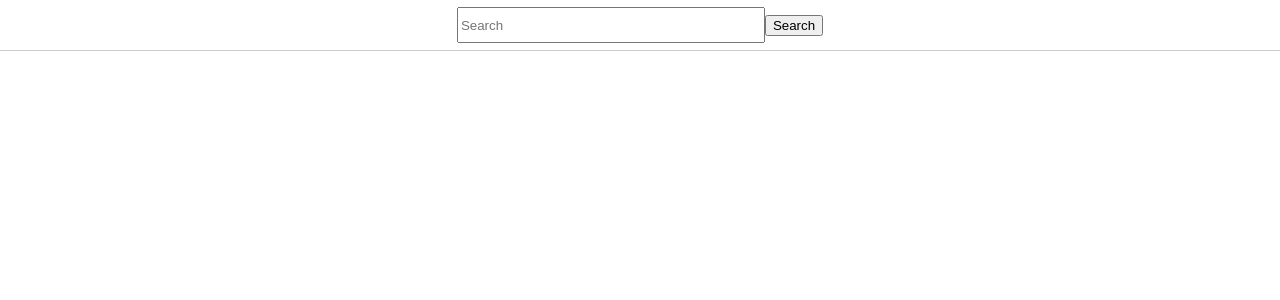
Repository: sevilgenysf/fakeapi
Page: /
These files come from the project's save history. The page is drawn as it stood at one moment and after the next save; the edit follows.
The browser window is 1280 px wide. The pictures show the whole page.
The page's requests for data from a server got no answer. The project was rebuilt for these pictures with package versions that can differ from the ones it lists, and the page was loaded fresh each time. No one was signed in, and anything a server would have sent is missing.

Above is the page before, as saved 2022-02-01 20:51:15.

After the next save:
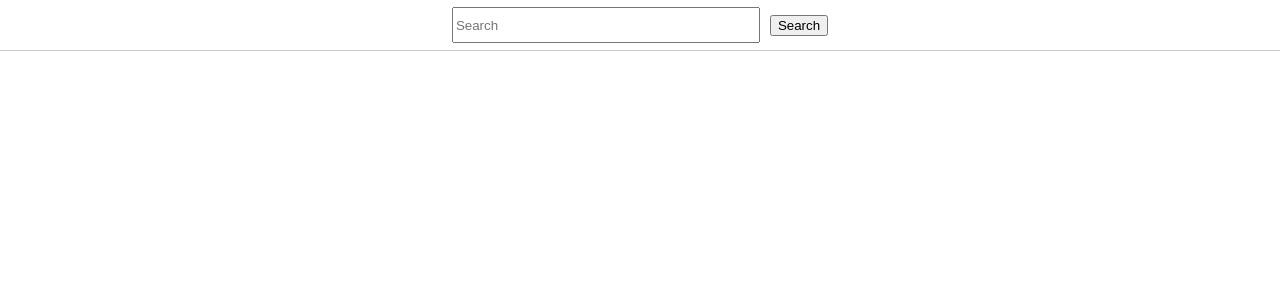
Saved 31 s later.
--- a/src/App.js
+++ b/src/App.js
@@ -31,5 +31,5 @@ const Header = styled.header`
 	input {
 		width: 300px;
 		height: 30px;
-
+		margin-right: 10px;
 `;
